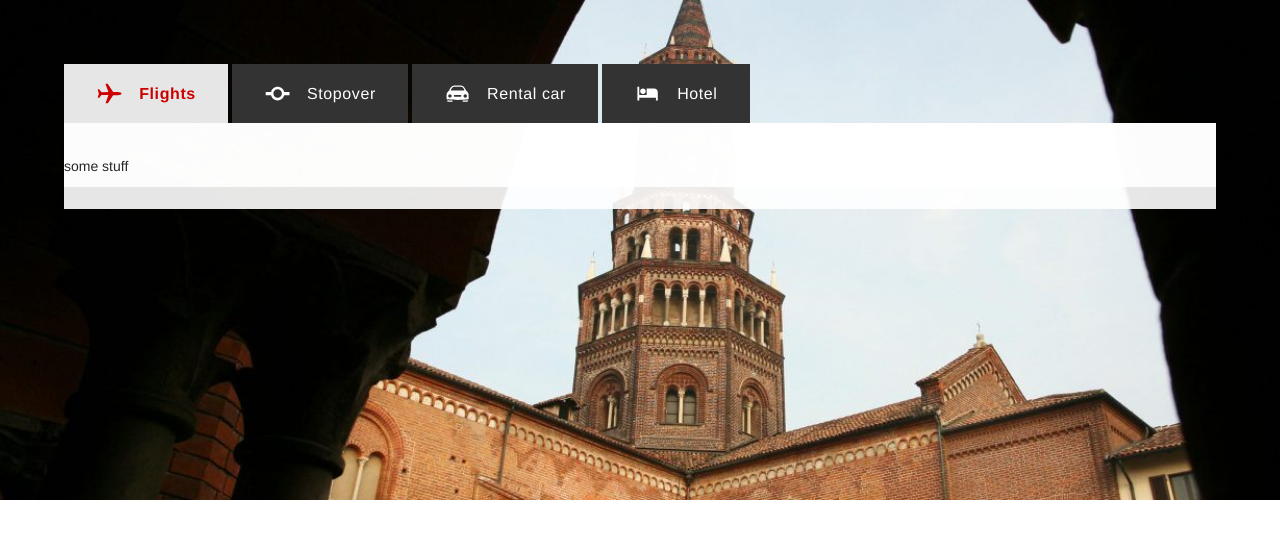
Repository: guidogr95/Everymundo-Excercise
Page: /
An editor plug-in stored every save of this project. The page is shown before and after the next save, followed by the edit.
The browser window is 1280 px wide. The pictures show the whole page.
The project was rebuilt for these pictures with package versions that can differ from the ones it lists, and the page was loaded fresh each time.

Above is the page before, as saved 2021-06-30 21:46:44.

After the next save:
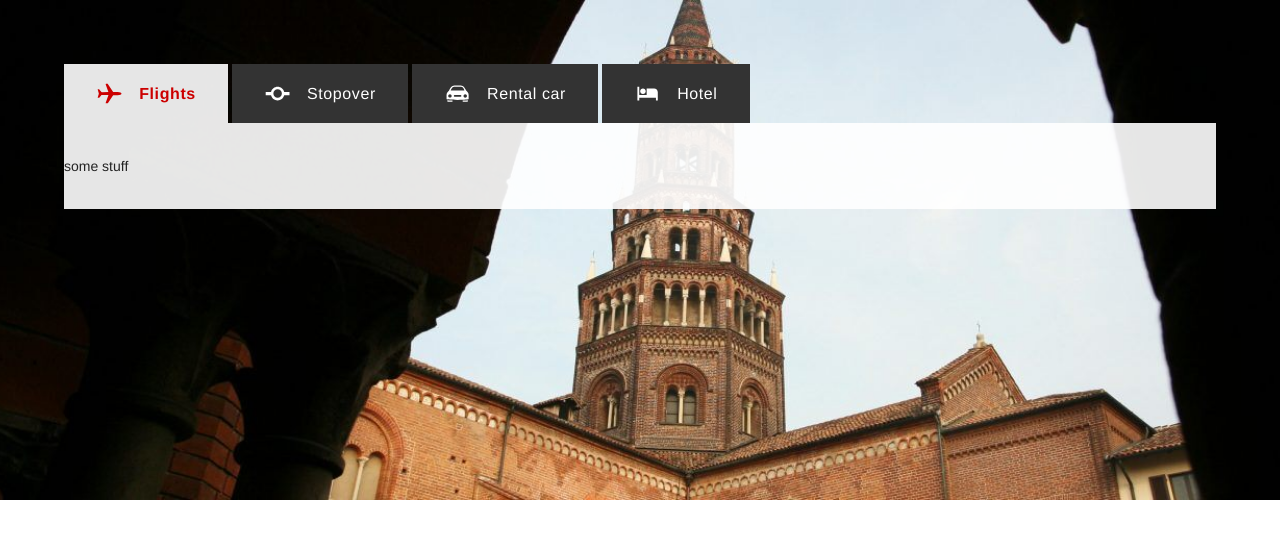
Saved 41 s later.
--- a/src/components/BookingMask/FlightsTab/index.jsx
+++ b/src/components/BookingMask/FlightsTab/index.jsx
@@ -2,7 +2,7 @@ import React from 'react'
 
 const FlightsTab = ({ name, activeTab }) => {
   return (
-    <div className={`bookingmask__tab${activeTab === name ? ' active' : ''}`} >
+    <div>
       some stuff
     </div>
   )
